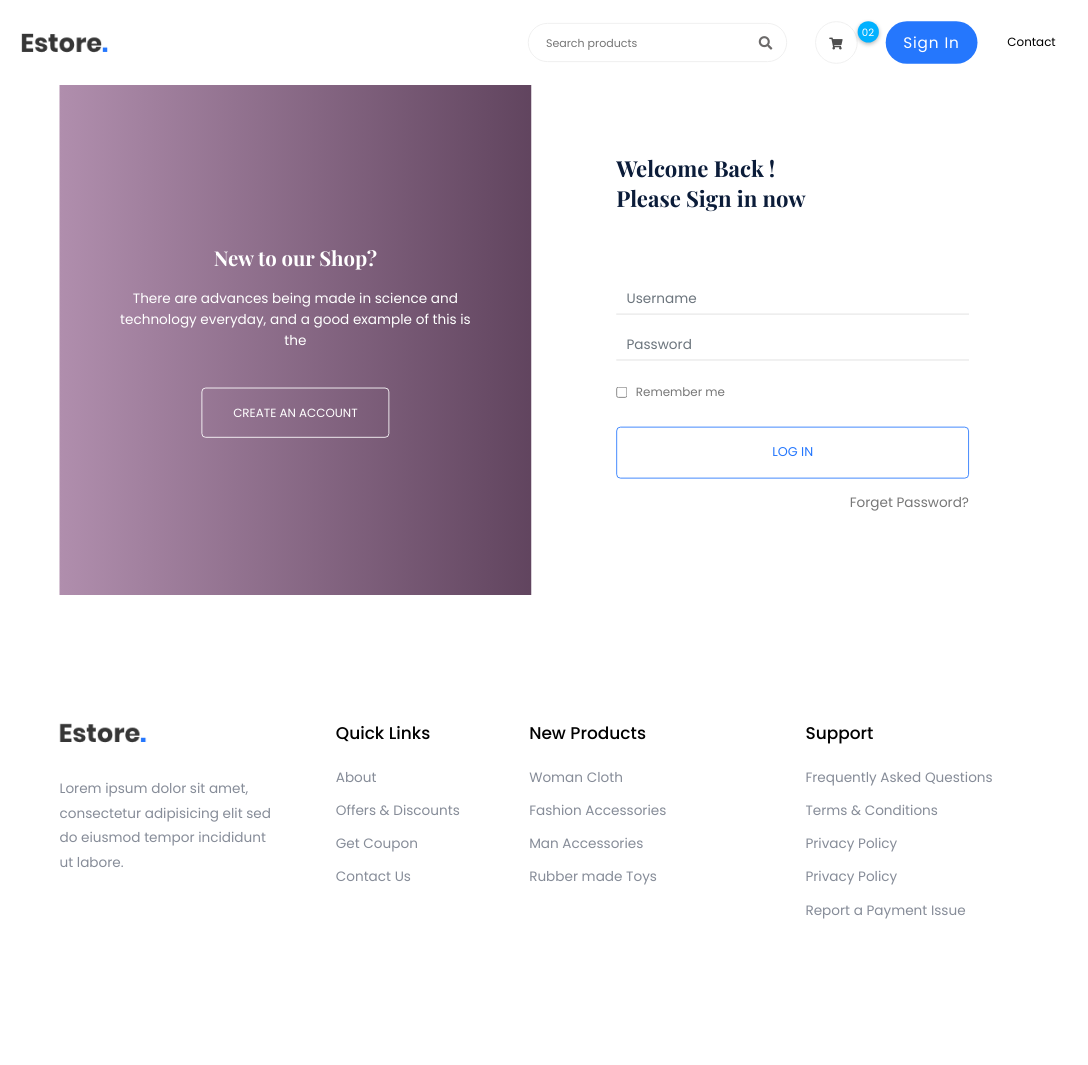
Repository: tuanloc782004/Estore-Bookshop-Website
Page: http://localhost/auth/login
These files come from the project's save history. The page is drawn as it stood at one moment and after the next save; the edit follows.
The browser window is 1280 px wide. The pictures show the whole page, at 85% of full size.
Some web fonts or font styles are not loaded; a fallback is used. The page is this project's Thymeleaf template; nobody is signed in. The template is opened directly, without the code that normally fills it, so the values that code supplies are empty.

Above is the page before, as saved 2024-10-26 11:44:16.

After the next save:
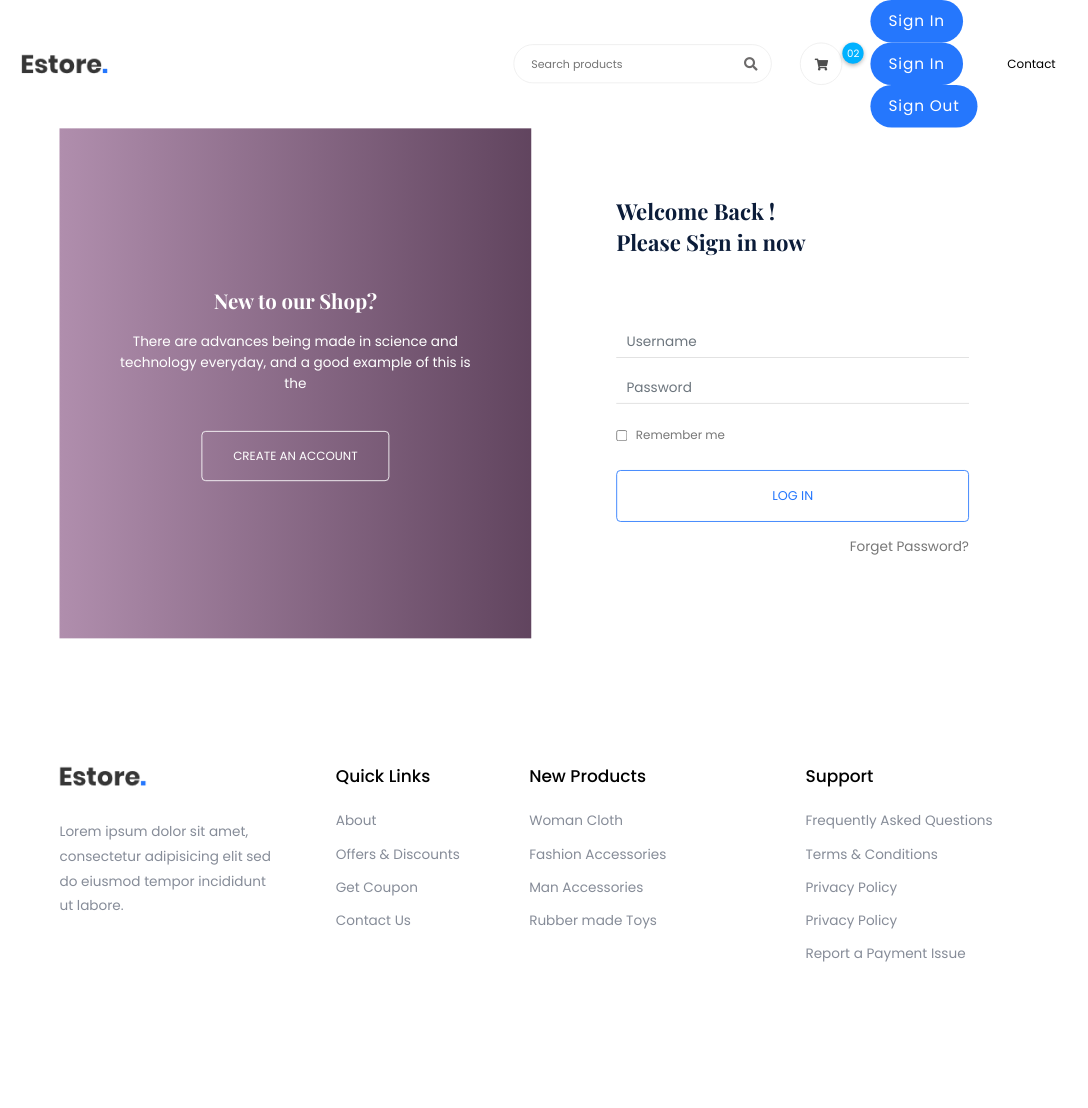
Saved 10 min 37 s later.
--- a/myscp/src/main/resources/templates/user/layout/header.html
+++ b/myscp/src/main/resources/templates/user/layout/header.html
@@ -8,8 +8,8 @@
 						<!-- Logo -->
 						<div class="col-xl-1 col-lg-1 col-md-1 col-sm-3">
 							<div class="logo">
-								<a th:href="@{/}"><img
-									th:src="@{/assets/img/logo/logo.png}" alt=""></a>
+								<a th:href="@{/}"><img th:src="@{/assets/img/logo/logo.png}"
+									alt=""></a>
 							</div>
 						</div>
 						<div class="col-xl-10 col-lg-10 col-md-10 col-sm-6">
@@ -28,8 +28,17 @@
 										<a href="cart.html"><i class="fas fa-shopping-cart"></i></a>
 									</div>
 								</li>
-								<li class="d-none d-lg-block"><a th:href="@{/login}"
-									class="btn header-btn">Sign in</a></li>
+								<li class="d-none d-lg-block"><sec:authorize
+										access="isAnonymous()">
+										<form th:action="@{/login}" method="get">
+											<input type="submit" value="Sign In" class="btn header-btn"/>
+										</form>
+										<a th:href="@{/login}" class="btn header-btn">Sign in</a>
+									</sec:authorize> <sec:authorize access="isAuthenticated()">
+										<form th:action="@{/logout}" method="post">
+											<input type="submit" value="Sign Out" class="btn header-btn"/>
+										</form>
+									</sec:authorize></li>
 							</ul>
 						</div>
 
